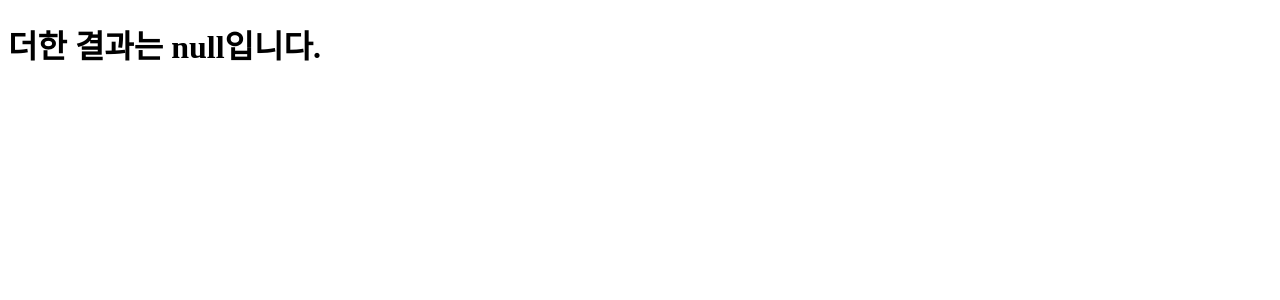
Repository: kimgame102/JSP
Page: http://localhost/my_task/num.jsp
An editor plug-in stored every save of this project. The page is shown before and after the next save, followed by the edit.
The browser window is 1280 px wide. The pictures show the whole page.
The page is served by Tomcat 9. Other server files are loaded and not shown.

Above is the page before, as saved 2024-09-08 03:33:13.

### my_task/src/main/webapp/num.jsp
<%@ page language="java" contentType="text/html; charset=UTF-8"
    pageEncoding="UTF-8"%>
<!DOCTYPE html>
<html>
<head>
<meta charset="UTF-8">
<title>Add</title>
</head>
<body>
	<h1>더한 결과는 <%=request.getAttribute("result") %>입니다.</h1>
</body>
</html>

After the next save:
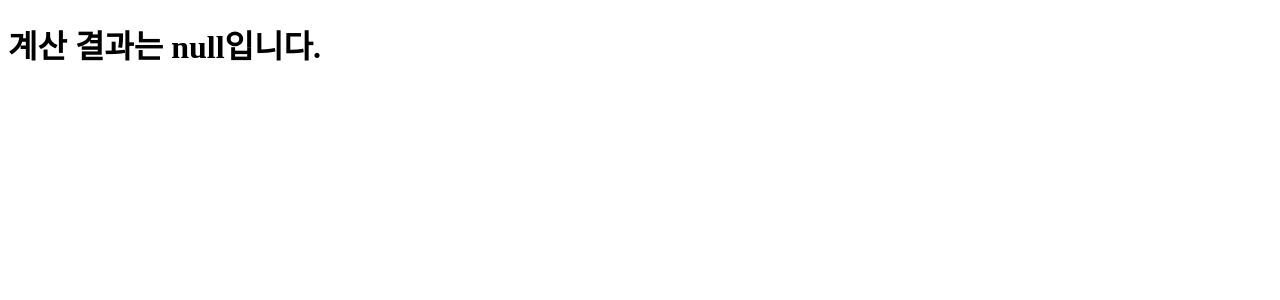
Saved 2 min 57 s later.
--- a/my_task/src/main/webapp/num.jsp
+++ b/my_task/src/main/webapp/num.jsp
@@ -7,6 +7,6 @@
 <title>Add</title>
 </head>
 <body>
-	<h1>더한 결과는 <%=request.getAttribute("result") %>입니다.</h1>
+	<h1>계산 결과는 <%=request.getAttribute("result") %>입니다.</h1>
 </body>
 </html>
